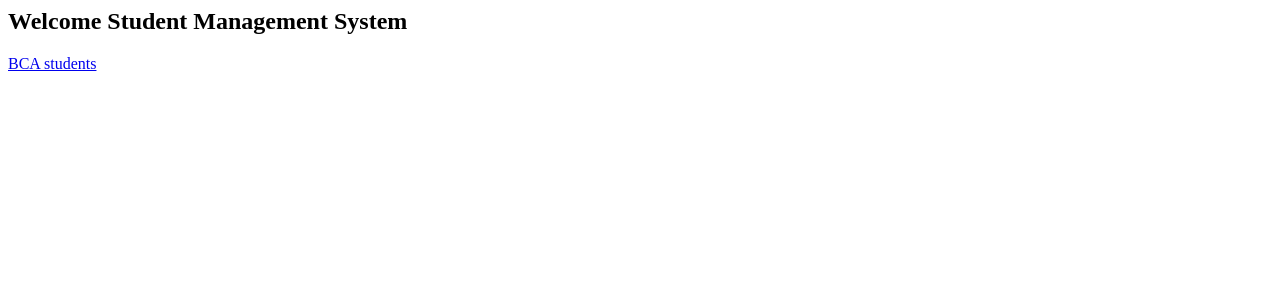
Repository: Sharath1503/Java-Spring-FullStack-Projects
Page: http://localhost/AMS/
These files come from the project's save history. The page is drawn as it stood at one moment and after the next save; the edit follows.
The browser window is 1280 px wide. The pictures show the whole page.
The page is served by Tomcat 9.

Above is the page before, as saved 2024-09-20 10:23:31.

After the next save:
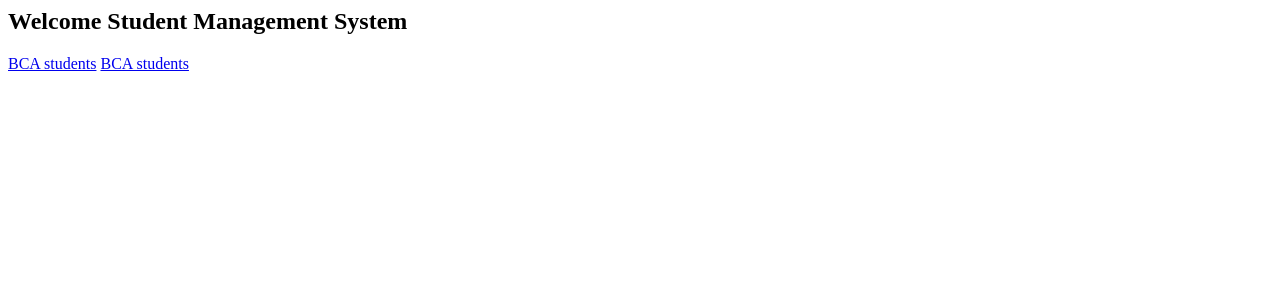
Saved 3 s later.
--- a/AttendanceManagementSystem/AMS/src/main/webapp/index.jsp
+++ b/AttendanceManagementSystem/AMS/src/main/webapp/index.jsp
@@ -2,6 +2,7 @@
 <body>
 <h2>Welcome Student Management System</h2>
 <a href="students/bcastudents">BCA students</a>
+<a href="students/bscstudents">BCA students</a>
 
 </body>
 </html>
